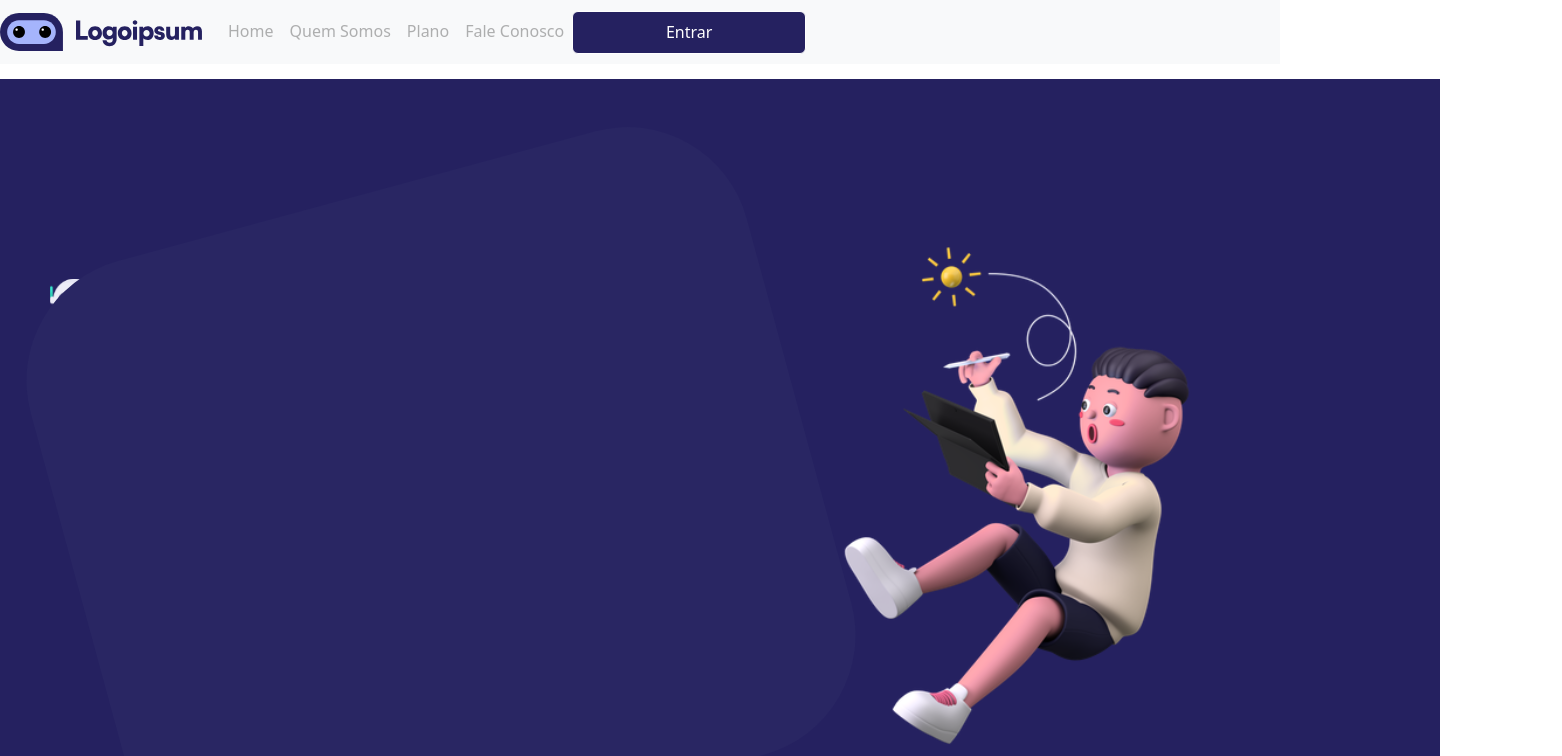
Repository: Williamlmachado/Desafio-Landing-page
Page: index.html
The author's editor kept a copy of each file at every save. The page is drawn from the files as they stood at one save, then again after the next save.
The browser window is 1280 px wide. The page is 1562 px wide, so the pictures cover 1562 px, including what lies to the right of the window. The pictures show the part of the page from y = 0 to 756 px (the page is 3714 px tall).

Above is the page before, as saved 2021-11-08 17:59:41.

After the next save:
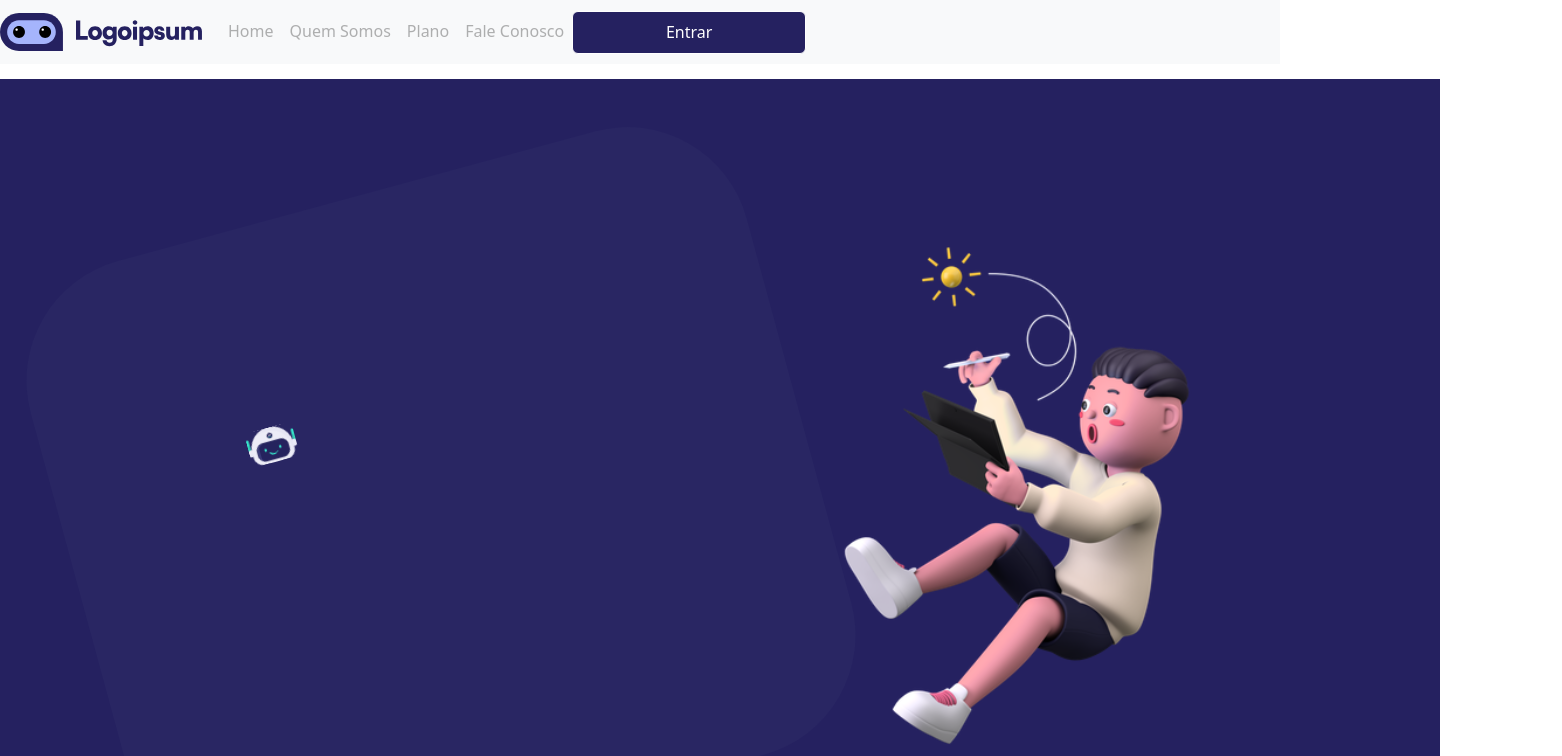
Saved 11 s later.
--- a/index.html
+++ b/index.html
@@ -48,7 +48,7 @@
       <div class="row">
         <div class="col"><img class="spaceboy" src="img/image 3.svg" alt="astronauta"></div>
           <div class="retangle-8">
-
+           <div class="col"><img class="spaceboy" src="img/image 3.svg" alt="astronauta"></div>
           </div>
           </div>
         <div class="col"><img class="boy" src="img/image 8.svg" alt="garoto"></div>
--- a/style.css
+++ b/style.css
@@ -99,7 +99,7 @@
 }
 
 .spaceboy{
-    position: static;
+    position: absolute;
     width: 50.02px;
     height: 36.06px;
     left: 100px;
@@ -107,7 +107,7 @@
     flex: none;
     order: 0;
     flex-grow: 0;
-    margin: 200px 50px;
+    margin: 200px 100px;
 }
 
 .retangle-2{
